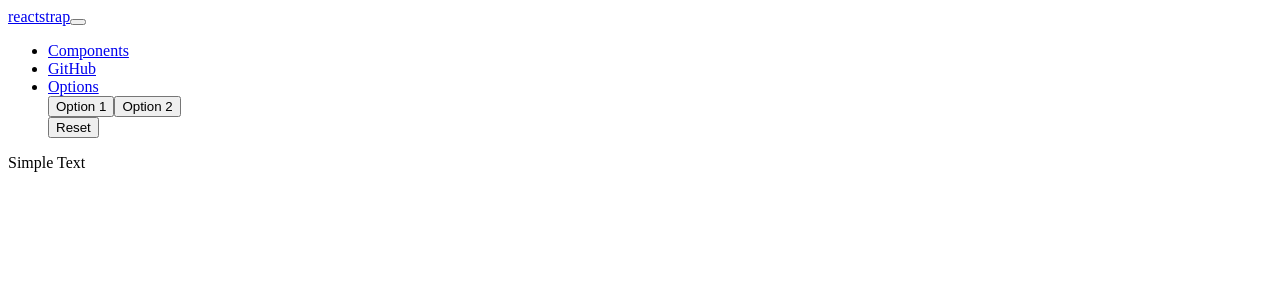
Repository: inglebhavin98/flashsale-management
Page: / (app in flash-commerce/)
The author's editor kept a copy of each file at every save. The page is drawn from the files as they stood at one save, then again after the next save.
The browser window is 1280 px wide. The pictures show the whole page.
The project was rebuilt for these pictures with package versions that can differ from the ones it lists, and the page was loaded fresh each time.

Above is the page before, as saved 2022-01-10 13:06:22.

After the next save:
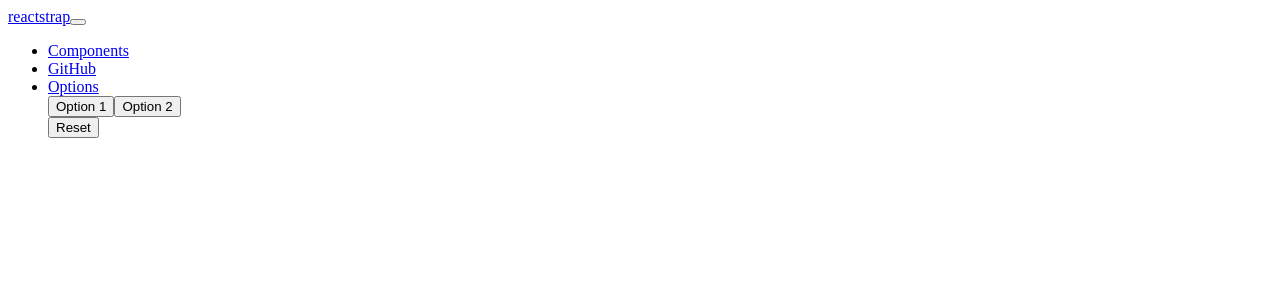
Saved 2 min 11 s later.
--- a/flash-commerce/src/components/Header.js
+++ b/flash-commerce/src/components/Header.js
@@ -40,7 +40,7 @@ export const Header = () => {
               </DropdownMenu>
             </UncontrolledDropdown>
           </Nav>
-          <NavbarText>Simple Text</NavbarText>
+          {/* <NavbarText>Simple Text</NavbarText> */}
         </Collapse>
       </Navbar>
     </div>
